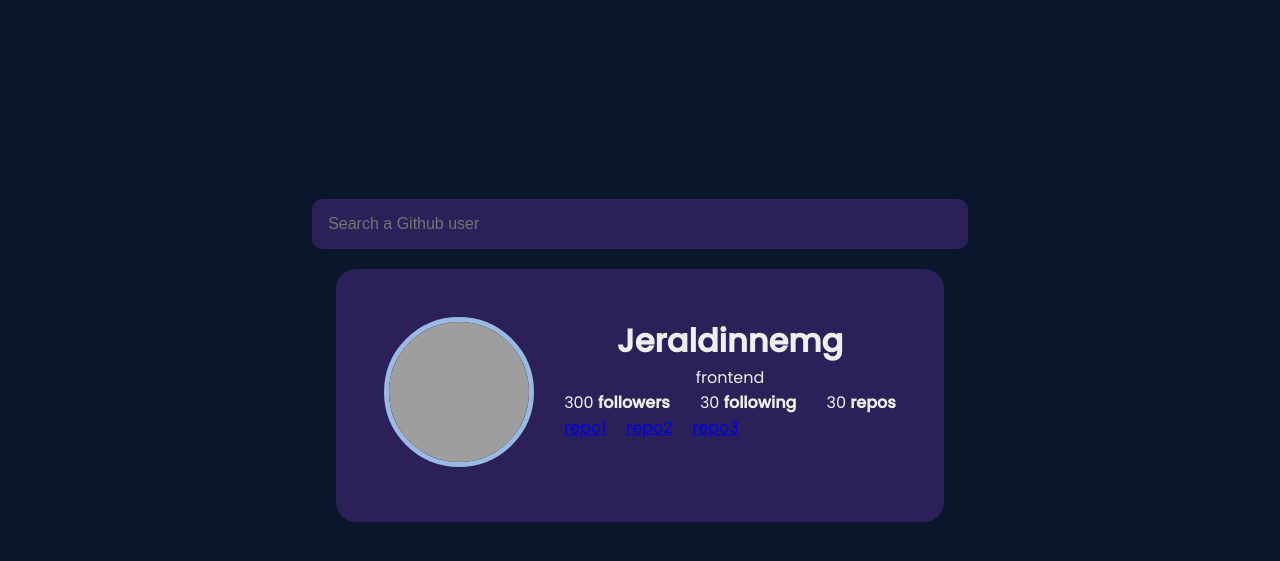
Repository: jeraldinnemg/githubprofile
Page: index.html
These files come from the project's save history. The page is drawn as it stood at one moment and after the next save; the edit follows.
The browser window is 1280 px wide. The pictures show the whole page.
Pictures or frames that could not be fetched are drawn as grey boxes.

Above is the page before, as saved 2022-09-16 23:31:13.

### index.html
<!DOCTYPE html>
<html lang="en">
<head>
    <meta charset="UTF-8">
    <meta http-equiv="X-UA-Compatible" content="IE=edge">
    <meta name="viewport" content="width=device-width, initial-scale=1.0">
    <link rel="stylesheet" href="style.css">
    <title>Github profiles</title>
</head>
<body>


    <div class="container">
        <form class="user-form">
            <input type="text" placeholder="Search a Github user">
        </form>
        <main class="card">

            <div class="profile-image">
                <img src="https://randomuser.me/api/portraits/men/30.jpg" alt="">
            </div>
            <div class="profile-content">
                <h1>Jeraldinnemg</h1>
                <p> frontend</p>
                <div>
                    <ul>
                        <li>300 <strong>followers</strong></li>
                        <li>30 <strong>following</strong></li>
                        <li>30 <strong>repos</strong></li>
                    </ul>
                </div>
                <div class="user-repos">
                    <a href="#" class="repo">repo1</a>
                    <a href="#" class="repo">repo2</a>
                    <a href="#" class="repo">repo3</a>
                </div>
            </div>


        </main>

    </div>


    <script src="script.js"></script>
</body>
</html>

### style.css
@import url('https://fonts.googleapis.com/css2?family=Poppins:wght@400;500&display=swap');

* {
    margin:0;
    padding:0;
    box-sizing: border-box;
}

body {
    font-family: 'Poppins', 'sans-serif';
    font-size:1rem;
    background-color: #0a162c;
    color: #fff;
    display: flex;
    flex-direction: column;
    justify-content: center;
    align-items: center;
    height: 100vh;
}

.container {

    display: flex;
    flex-direction: column;
    justify-content: center;
    align-items: center;
    text-align: center;

    gap:20px;
}
.user-form {
    width:100%;
    max-width: 700px;
}

.user-form input{
    width:100%;
    display: block;
    background-color: #2b2057;
    border: none;
    border-radius: 10px;
    padding: 1em;
    font-size: 1rem;
    color:#fff;
    box-shadow:  0 5px 10px rgba(154, 160, 185, 0.05),
    0 15px 40px rgba(0, 0, 0, 0.1px) ;
}
user-form input::placeholder{
    color: #bbb;
}
.user-form input:focus{
    outline: none;
}

input:focus{
    border: none;
}

ul {
    list-style: none;
}

.card {
    max-width: 800px;
    display: flex;
    flex-direction: row;
    justify-content: space-around;
    background-color: #2b2057;
    box-shadow:  0 5px 10px rgba(154, 160, 185, 0.05),
    0 15px 40px rgba(0, 0, 0, 0.1px) ;
    padding: 3em;
    margin: 0 1.5rem;
    border-radius: 20px;
    gap:30px;
}

img {
    border-radius: 50%;
    border: 5px solid #9abae2;
    height: 150px;
    width: 150px;;
}

.profile-content {
    color: #eee;
}

.profile-content ul{
    list-style: none;
    display: flex;
    justify-content: space-between;
    padding: 0;
    gap:30px;
    max-width: 400px;
}

.user-repos{
    display: flex;
    gap:20px
}

Loaded but not shown: script.js (no copy from this time; the picture is the same without it)

After the next save:
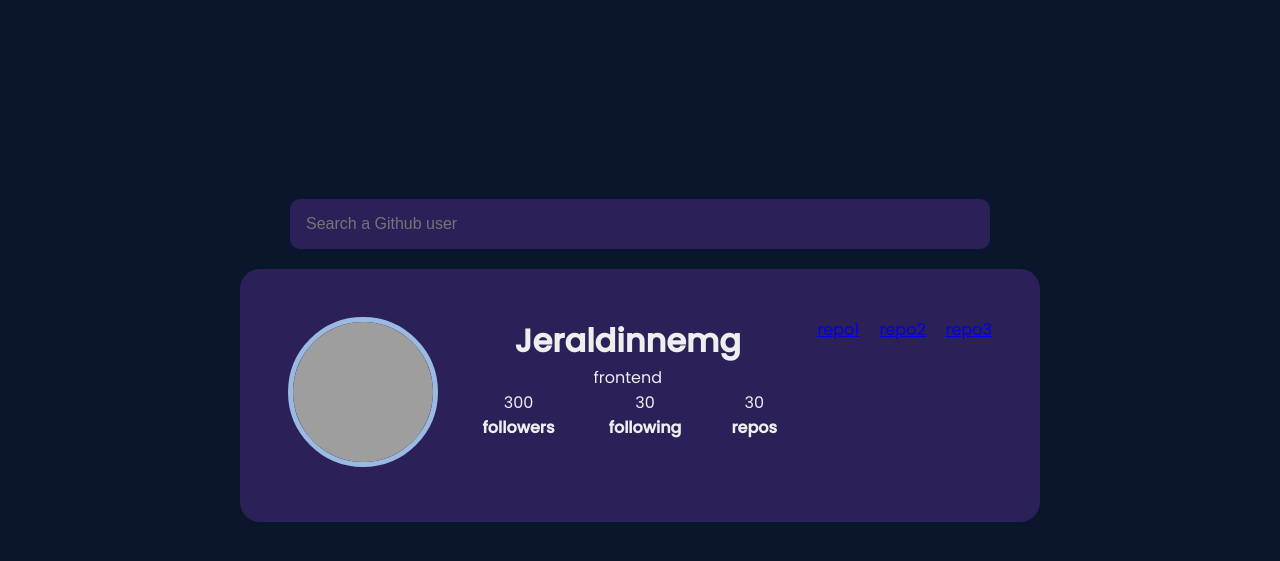
Saved 47 s later.
--- a/index.html
+++ b/index.html
@@ -22,12 +22,10 @@
             <div class="profile-content">
                 <h1>Jeraldinnemg</h1>
                 <p> frontend</p>
-                <div>
                     <ul>
                         <li>300 <strong>followers</strong></li>
                         <li>30 <strong>following</strong></li>
                         <li>30 <strong>repos</strong></li>
-                    </ul>
                 </div>
                 <div class="user-repos">
                     <a href="#" class="repo">repo1</a>
